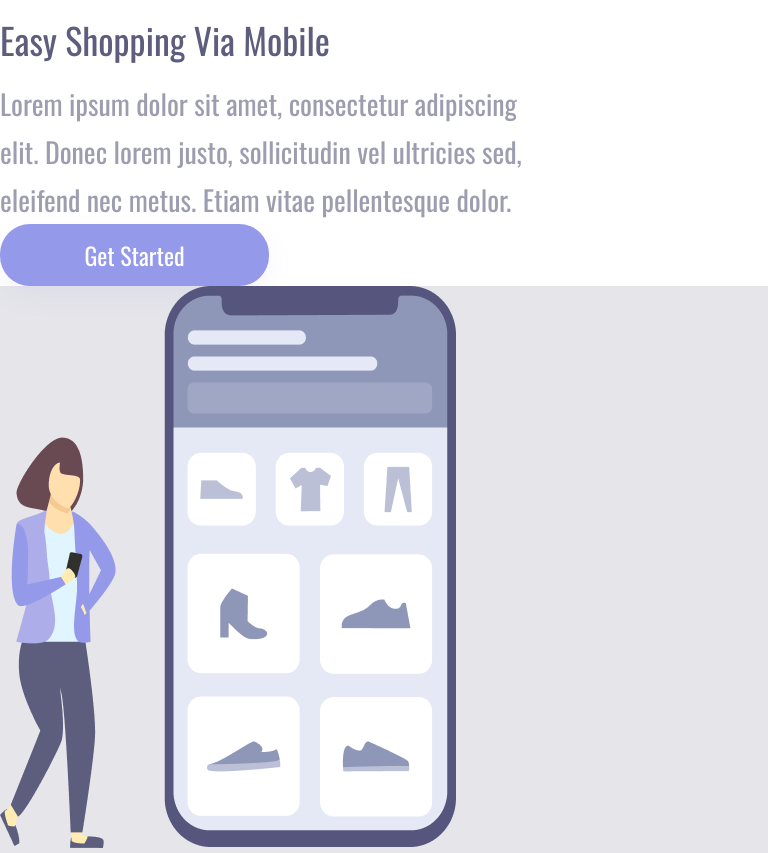
Repository: Leo-Marques-882/Projeto-Git-2
Page: index.html
These files come from the project's save history. The page is drawn as it stood at one moment and after the next save; the edit follows.
The browser window is 768 px wide. The pictures show the whole page.

Above is the page before, as saved 2023-03-07 01:13:14.

### index.html
<!DOCTYPE html>
<html lang="pt_br">

<head>
    <meta charset="UTF-8">
    <meta http-equiv="X-UA-Compatible" content="IE=edge">
    <meta name="viewport" content="width=device-width, initial-scale=1.0">
    <link rel="stylesheet" href="styless.css">
    <link rel="preconnect" href="https://fonts.googleapis.com">
    <link rel="preconnect" href="https://fonts.gstatic.com" crossorigin>
    <link href="https://fonts.googleapis.com/css2?family=Oswald&display=swap" rel="stylesheet">

    <title>Projeto 1</title>
</head>

<body>
    <div class="wrapper">
        <section class="container-left">
            <h1>Easy Shopping Via Mobile</h1>
            <p>Lorem ipsum dolor sit amet, consectetur adipiscing
                elit. Donec lorem justo, sollicitudin vel ultricies sed,
                eleifend nec metus. Etiam vitae pellentesque dolor. </p>
            <button>Get Started</button>
        </section>
        <section class="container-right">
            <header>
                <a>Home</a>
                <a>Work</a>
                <a>About</a>
                <a>Contact</a>
            </header>
            <img src="./img/Illustration.png" alt="girl-cellphone">
        </section>
    </div>
</body>

</html>

### styless.css
* {
    margin: 0;
    padding: 0;
    box-sizing: border-box;
    font-family: 'Oswald', sans-serif;
}

.wapper {
    height: 100vh;
    width: 100%;
}

.container-left {
    display: inline-block;
    width: 60%;
    margin-top: 28%;
    padding-left: 75px;
    padding-right: 82px;
}

h1 {
    font-weight: 400;
    font-size: 70px;
    line-height: 80px;
    color: #5D5D7D;
    width: 368px;
}

p {
    font-weight: 400;
    font-size: 28px;
    line-height: 48px;
    color: #5D5D7D;
    opacity: 0.6;
    margin: 15px -117;
    width: 540px;
}

button {
    width: 269px;
    height: 62px;
    background: #9499EA;
    box-shadow: 0px 10px 24px rgba(148, 153, 234, 0.0979959);
    font-weight: 400;
    font-size: 24px;
    line-height: 36px;
    text-align: center;
    color: #FFFFFF;
    border-radius: 30px;
    border: none;
    cursor: pointer;
}

button:hover {
    opacity: .8;
}

button:active {
    opacity: .5;
}

.container-right {
    display: inline-block;
    background-color: rgba(93, 93, 125, 0.16);
    height: 130vh;
    width: 40%;
    position: absolute;
}

a {
    width: 59px;
    font-weight: 400px;
    font-size: 28px;
    line-height: 41px;
    color: #5D5D7D;
    margin-right: 41px;
    cursor: pointer;
}

a:nth-child(2) {
    opacity: 0.4;
}

a:hover {
    opacity: .4;
}

a:active {
    opacity: .8;
}

img {
    position: relative;
    top: 16%;
    right: 130px;
}

header {
    margin: 27px 0 0 57px;
}

@media screen and (max-width: 900px) {
    .container-left {
        width: 100%;
        height: 50%;
        padding: 0;
        margin: 0;
    }

    .container-right {
        display: block;
        height: auto;
        width: 100%;
        position: static;
    }

    img {
        position: static;
    }

    header {
        display: none;
    }

    h1 {
        font-weight: 400;
        font-size: 36px;
    }


}

After the next save:
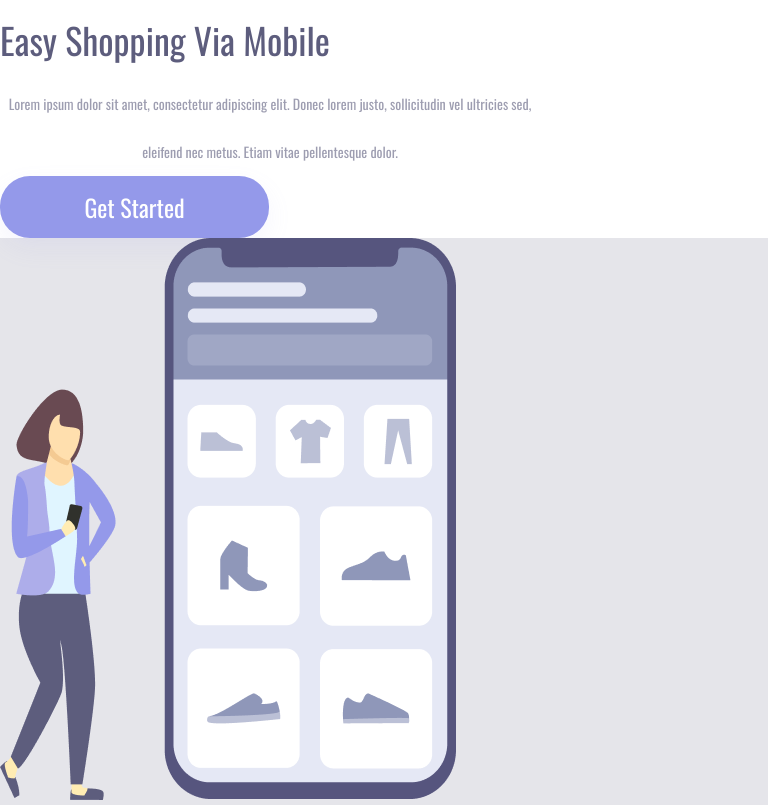
Saved 56 s later.
--- a/styless.css
+++ b/styless.css
@@ -127,5 +127,11 @@
         font-size: 36px;
     }
 
+    p {
+        font-weight: 400;
+        font-size: 14px;
+        text-align: center;
+    }
+
 
 }
